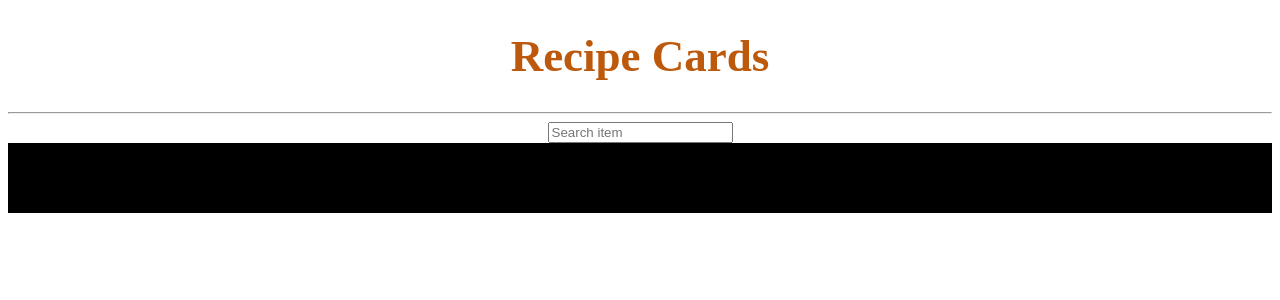
Repository: SharonSebastian32/food-search-filter-
Page: index.html
These files come from the project's save history. The page is drawn as it stood at one moment and after the next save; the edit follows.
The browser window is 1280 px wide. The pictures show the whole page.
The page's requests for data from a server got no answer.

Above is the page before, as saved 2024-10-11 12:31:56.

After the next save:
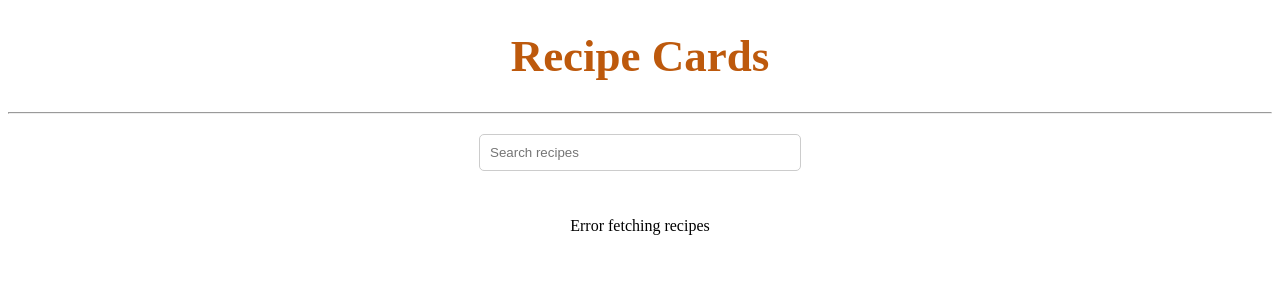
Saved 95 s later.
--- a/index.html
+++ b/index.html
@@ -8,21 +8,16 @@
       .card {
         border: 1px solid #ddd;
         border-radius: 10px;
-        margin: 15px;
-        padding-bottom: 0px;
+        margin: 20px;
         box-shadow: 0 4px 8px rgba(0, 0, 0, 0.1);
-        width: 250px;
+        width: 240px;
         display: inline-block;
         vertical-align: top;
-        background-color: #fff;
       }
       .card img {
-        width: 200px;
-        height: 194px;
-        padding: 25px;
+        width: 250px;
+        height: 200px;
         border-radius: 10px;
-
-        object-fit: cover;
       }
       .card h2 {
         font-size: 24px;
@@ -33,14 +28,8 @@
         margin: 5px 0;
         padding: 10px;
       }
-      .card hr {
-        margin: 20px 0;
-        border: none;
-        border-top: 1px solid #ddd;
-      }
       .card-container {
         display: flex;
-        flex-direction: row;
         flex-wrap: wrap;
         justify-content: space-around;
         padding: 10px;
@@ -51,20 +40,27 @@
         font-weight: 600;
         text-align: center;
       }
+      #search-container {
+        text-align: center;
+        margin: 20px;
+      }
+      #search-input {
+        padding: 10px;
+        width: 300px;
+        border-radius: 5px;
+        border: 1px solid #ccc;
+      }
     </style>
   </head>
   <body>
     <h1 id="head1">Recipe Cards</h1>
     <hr />
-    <div style="align-items: center; justify-content: center">
-      <center><input type="text" placeholder="Search item " /></center>
+
+    <div id="search-container">
+      <input type="text" id="search-input" placeholder="Search recipes" />
     </div>
 
-    <div
-      id="recipe-root"
-      class="card-container"
-      style="background-color: black"
-    ></div>
+    <div id="recipe-root" class="card-container"></div>
 
     <script src="./index.js"></script>
   </body>
